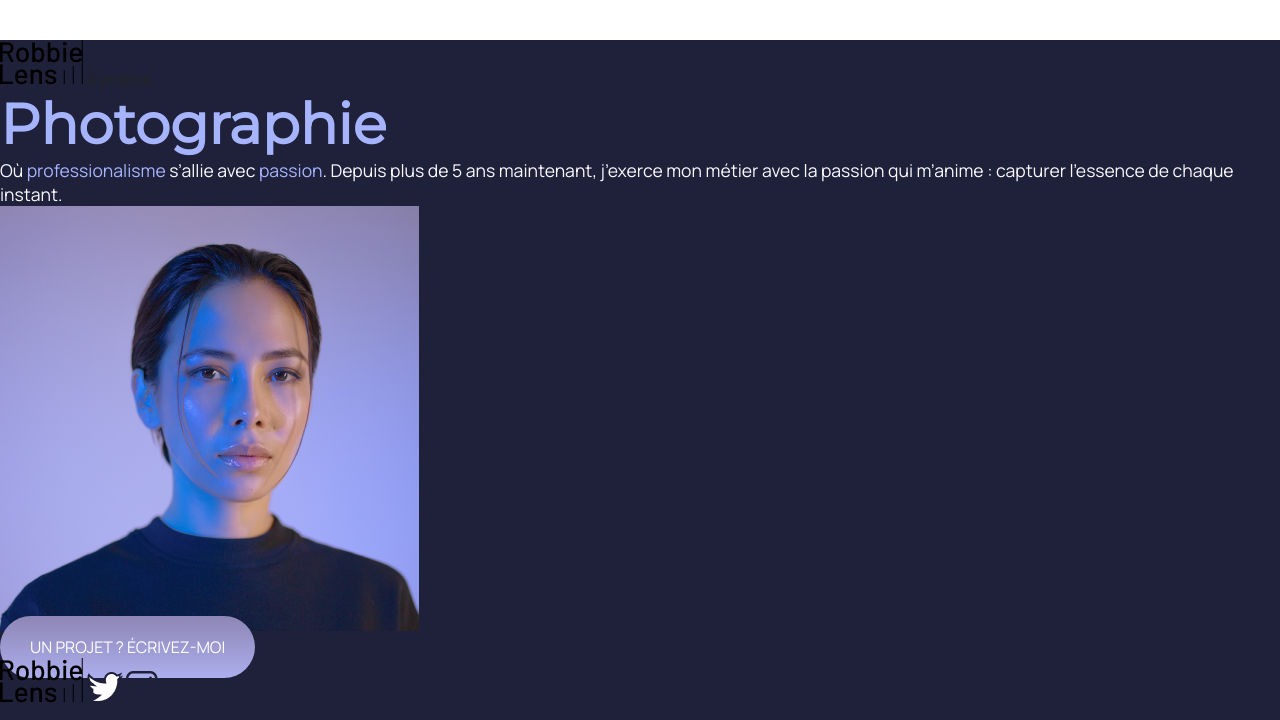
Repository: Coumba25040/coumbaProjet
Page: ExerciceOc/index.html
The author's editor kept a copy of each file at every save. The page is drawn from the files as they stood at one save, then again after the next save.
The browser window is 1280 px wide. The pictures show the whole page.

Above is the page before, as saved 2024-11-02 13:45:08.

### ExerciceOc/index.html
<!DOCTYPE html>
<html lang="fr">

<head>
    <meta charset="utf-8" >
    <title>Accueil - Robbie Lens Photographie</title>
    <link href="style.css" rel="stylesheet" >
    <link rel="preconnect" href="https://fonts.googleapis.com">
    <link rel="preconnect" href="https://fonts.gstatic.com" crossorigin>
    <link href="https://fonts.googleapis.com/css2?family=Manrope&family=Montserrat&display=swap" rel="stylesheet">
</head>

<body>
    <header></header>
    <div class="entete">
        <img src="images/logo.png" alt="Logo Robbie Lens" >
        <a href="a-propos.html">À propos</a>
    </div>
    <h1>Photographie</h1>
    <p>
        Où <em>professionalisme</em> s’allie avec <em>passion</em>. Depuis
        plus de 5 ans maintenant, j’exerce mon métier avec la passion
        qui m’anime : capturer l’essence de chaque instant.
    </p>
    <img src="images/robbie-lens.png" alt="Portrait avec effet de la photographe Robbie Lens" >
    <div>
        <a href="" class="cta">UN PROJET ? ÉCRIVEZ-MOI</a>
    </div>
    <div class="pied-de-page">
        <img src="images/logo.png" alt="Logo Robbie Lens" >
        <a target="_blank" href="https://twitter.com/" class="lien-icone">
            <img src="images/twitter.png" alt="Logo Twitter" >
        </a>
        <a target="_blank" href="https://www.instagram.com/" class="lien-icone">
            <img src="images/instagram.png" alt="Logo Instagram" >
        </a>
    </div>
</body>

</html>

### ExerciceOc/style.css
* {
    margin: 0;
  }

  body {
    font-family: 'Manrope', sans-serif;
    font-size: 1em;
    background-color: #1f2039;
  }

  a {
    color: #242424;
    text-decoration: none;
  }

  em {
    color: #a5b4fc;
    font-style: normal;
  }

  h1 {
    font-size: 3.5em;
    color: #a5b4fc;
    font-family: 'Montserrat', sans-serif;
  }

  h2 {
    color: #f9f8ff;
  }

  p,
  li {
    font-size: 1.1em;
    color: #f9f8ff;
  }

  header,
  footer {
    background-color: white;
    padding: 20px 50px;
  }

  .cta {
    background: linear-gradient(#8e86b5, #acaeed);
    color: white;
    border-radius: 50px;
    padding: 20px 30px;
  }

  a:hover {
    text-decoration: underline;
  }

  .cta:hover {
    background: linear-gradient(#696484, #8788ba);
    text-decoration: none;
  }

  .lien-icone:hover {
    opacity: 0.5;
  }

  .carre-contenu {
    border-right: 1px solid #8e86b5;
    border-bottom: 1px solid #8e86b5;
    padding: 50px;
  }

  .carre-contenu h2 {
    margin-top: 30px;
  }

  .carre-contenu ul {
    margin-top: 30px;
  }

  section {
    padding: 80px;
  }

  .a-propos-main {
    width: 50%;
    margin: auto;
  }

After the next save:
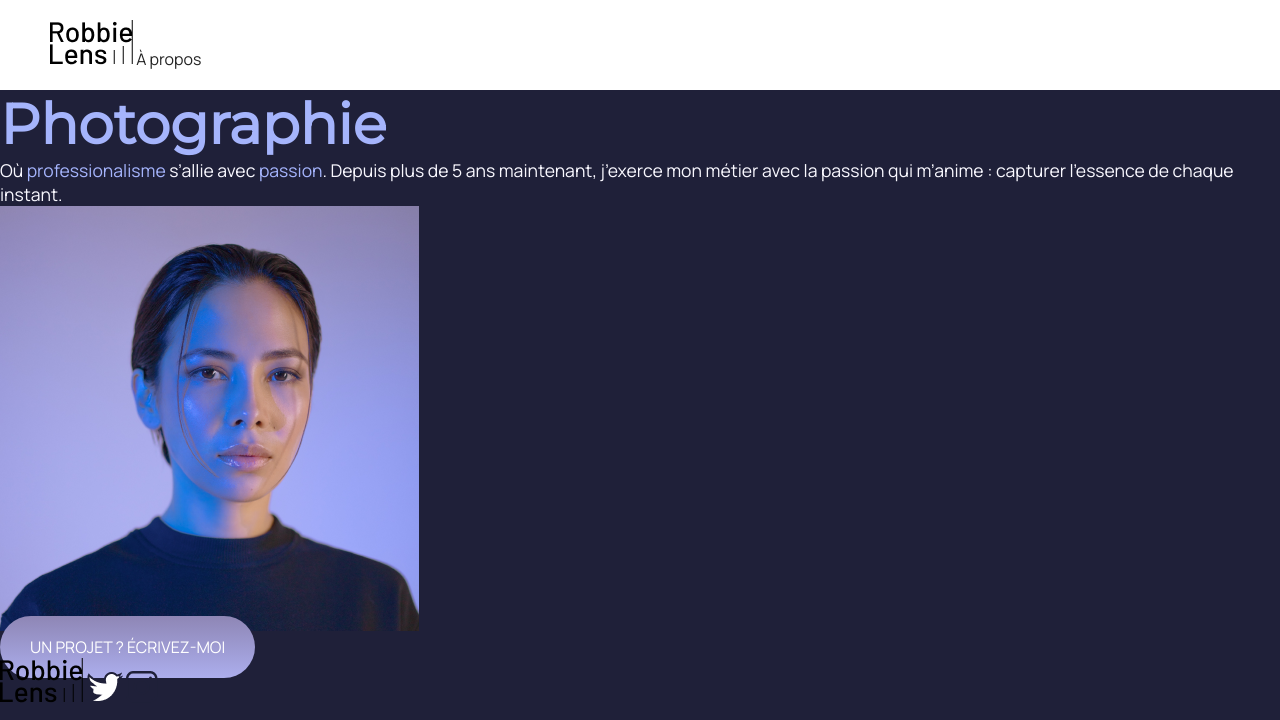
Saved 41 s later.
--- a/ExerciceOc/index.html
+++ b/ExerciceOc/index.html
@@ -11,11 +11,14 @@
 </head>
 
 <body>
-    <header></header>
+    <header>
     <div class="entete">
         <img src="images/logo.png" alt="Logo Robbie Lens" >
         <a href="a-propos.html">À propos</a>
     </div>
+</header>
+
+<main>
     <h1>Photographie</h1>
     <p>
         Où <em>professionalisme</em> s’allie avec <em>passion</em>. Depuis
